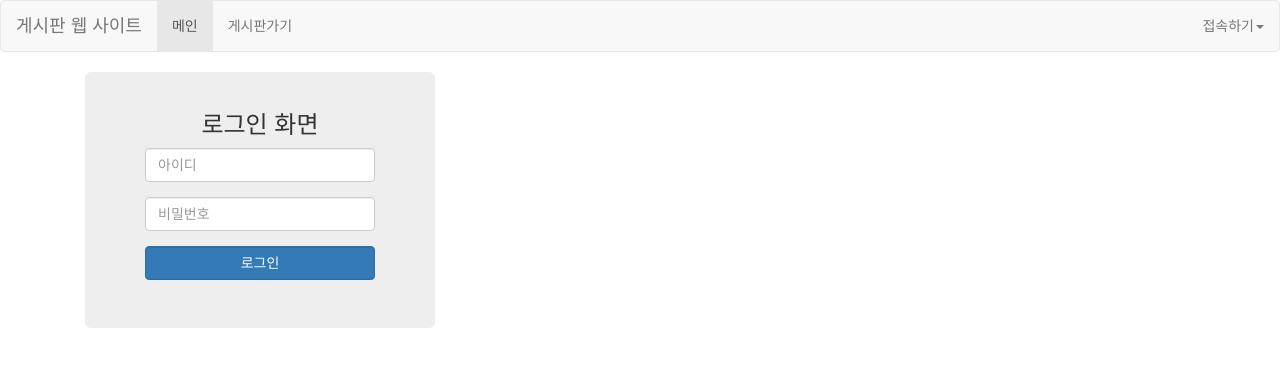
Repository: dbfjd01/save
Page: http://localhost/BBS/main.jsp
The author's editor kept a copy of each file at every save. The page is drawn from the files as they stood at one save, then again after the next save.
The browser window is 1280 px wide. The pictures show the whole page.
Some web libraries are served in a nearby version. The page is served by Tomcat 9. Other server files are loaded and not shown.

Above is the page before, as saved 2021-07-02 04:22:05.

### Test/BBS/src/main/webapp/main.jsp
<%@ page language="java" contentType="text/html; charset=UTF-8"
    pageEncoding="UTF-8"%>
<!DOCTYPE html>
<html>
<head>
<meta charset="UTF-8">
<!-- 화면 최적화 -->
<meta name="viewport" content="width-device-width", initial-scale="1">
<!-- 루트 폴더에 부트스트랩을 참조하는 링크 -->
<link rel="stylesheet" href="css/bootstrap.css">
<title>로그인</title>
</head>
<body>
<%
//메인 페이지로 이동했을때 세션에 값이 담겨있는지 체크
String userID=null;
if(session.getAttribute("userID")!=null){
	userID=(String)session.getAttribute("userID");
}
%>
<nav class="navbar navbar-default">
	<div class="navbar-header"><!-- 상단 -->
		<button type="button" class="navbar-toggle collapsed"
		data-toggle="collapse" data-target="#bs-example-navbar-collapse-1"
		aria-expanded="false">
		<span class="icon-bar"></span>
		<span class="icon-bar"></span>
		<span class="icon-bar"></span>
		</button>
		<a class="navbar-brand" href="main.jsp">게시판 웹 사이트</a>
		<!-- 클릭시 메뉴로 이동 -->
	</div>
	<div class="collapsed navbar-collapse" id="bs-example-navbar-collapse-1">
		<ul class="nav navbar-nav">
			<li class="active"><a href="main.jsp">메인</a></li>
			<li><a href="bbs.jsp">게시판가기</a></li>
		</ul>
		<%
			//로그인 하지 않았을때 보여지는 화면
			if(userID==null){
		%>
		<!-- 드랍다운 메뉴바 -->
		<ul class="nav navbar-nav navbar-right">
			<li class="dropdown">
				<a href="#" class="dropdown-toggle" data-toggle="dropdown"
				role="button" aria-haspopup="true"
				aria-expanded="false">접속하기<span class="caret"></span></a>
				<ul class="dropdown-menu">
				<!-- 드랍다운아이템 -->
					<li><a href="login.jsp">로그인</a></li>
					<li><a href="join.jsp">회원가입</a></li>
				</ul>
			</li>
		</ul>
		<%
			//로그인 되어있는 상태일시 보여질 화면
			}else{
		%>
		<!-- 헤더 우측에 나타날 드랍다운 영역 -->
		<ul class="nav navbar-nav navbar-right">
			<li class="dropdown">
				<a href="#" class="dropdown-toggle"
				data-toggle="dropdown" role="button" aria-haspopup="true"
				aria-expanded="false">회원관리<span class="caret"></span></a>
				<!-- 헤더 우측 영역 -->
				<ul class="nav navbar-nav navbar-right">
					<li class="dropdown">
						<a href="#" class="dropdown-toggle"
						data-toggle="dropdown" role="button" aria-haspopup="true"
						aria-expanded="false">회원관리<span class="caret"></span></a>
						<!-- 드랍다운 아이템 영역 -->
						<ul class="dropdown-menu">
							<li><a href="logoutAction.jsp">로그아웃</a></li>
						</ul>
					</li>
				</ul>
				<%
			}
				%>
			</li>
	</div>
</nav>
<!-- 로그인 화면 -->
<div class="container">
	<div class="col-lg-4">
		<div class="jumbotron" style="padding-top: 20px;">
			<form method="post" action="loginAction.jsp">
				<h3 style="text-align: center;">로그인 화면</h3>
					<div class="form-group">
						<input type="text" class="form-control" placeholder="아이디" name="userID" maxlength="20">
					</div>
					<div class="form-group">
						<input type="password" class="form-control" placeholder="비밀번호" name="userPassword" maxlength="20">
					</div>
						<input type="submit" class="btn btn-primary form-control" value="로그인">
			</form>
		</div>
	</div>
</div>

<!-- 부트스트랩 참조 -->
<script src="https://code.jquery.com/jquery-3.1.1.min.js"></script>
<script src="js/bootstrap.js"></script>
</body>
</html>

Loaded but not shown: Test/BBS/src/main/webapp/css/bootstrap.css (library); Test/BBS/src/main/webapp/js/bootstrap.js (library)

After the next save:
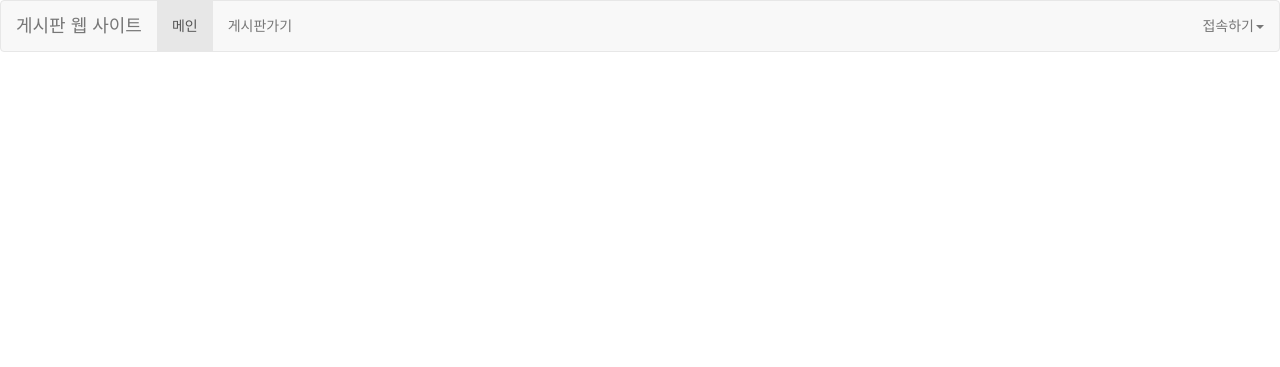
Saved 22 s later.
--- a/Test/BBS/src/main/webapp/main.jsp
+++ b/Test/BBS/src/main/webapp/main.jsp
@@ -80,23 +80,6 @@ if(session.getAttribute("userID")!=null){
 			</li>
 	</div>
 </nav>
-<!-- 로그인 화면 -->
-<div class="container">
-	<div class="col-lg-4">
-		<div class="jumbotron" style="padding-top: 20px;">
-			<form method="post" action="loginAction.jsp">
-				<h3 style="text-align: center;">로그인 화면</h3>
-					<div class="form-group">
-						<input type="text" class="form-control" placeholder="아이디" name="userID" maxlength="20">
-					</div>
-					<div class="form-group">
-						<input type="password" class="form-control" placeholder="비밀번호" name="userPassword" maxlength="20">
-					</div>
-						<input type="submit" class="btn btn-primary form-control" value="로그인">
-			</form>
-		</div>
-	</div>
-</div>
 
 <!-- 부트스트랩 참조 -->
 <script src="https://code.jquery.com/jquery-3.1.1.min.js"></script>
